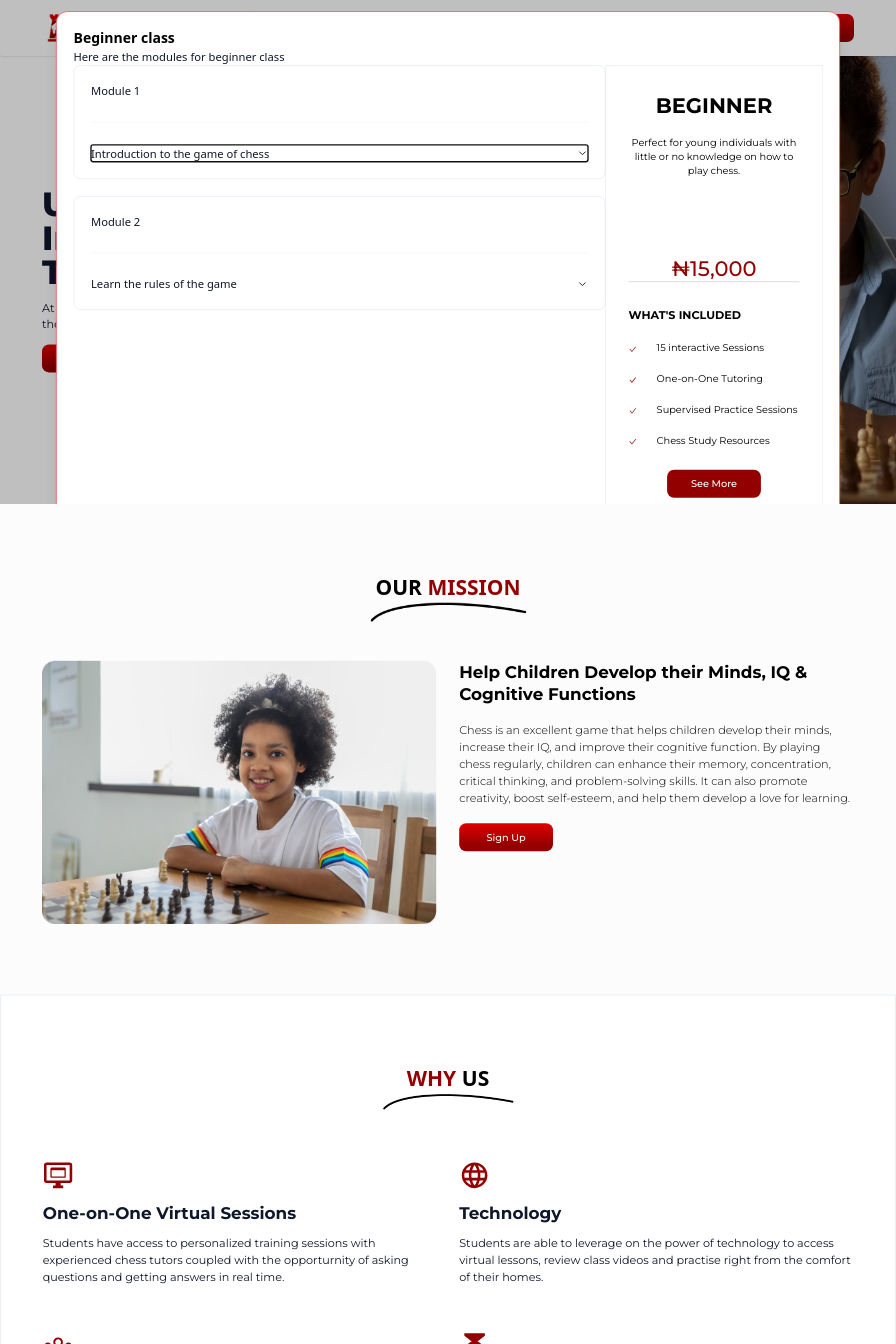
Repository: CelestinaUwajeh/chess-champ-fe
Page: /, after clicking the first element matching `button.w-\[134px\]`
An editor plug-in stored every save of this project. The page is shown before and after the next save, followed by the edit.
The browser window is 1280 px wide. The pictures show the part of the page from y = 0 to 1920 px (the page is 4303 px tall), at 70% of full size.
An inner scrolling area shows only its first screen. The project was rebuilt for these pictures with package versions that can differ from the ones it lists, and the page was loaded fresh each time. The framework's server and built-in components were replaced by stand-ins that run in the browser. Also part of the build but not shown: next.config.js, app/(dashboard)/parent/child/[id]/progress/highlight.tsx, app/(dashboard)/parent/child/[id]/progress/attendance.tsx, components/ui/progress.tsx, app/(dashboard)/parent/child/[id]/progress/percentage.tsx, app/(dashboard)/parent/child/[id]/progress/points.tsx, app/(dashboard)/parent/child/[id]/progress/page.tsx.

Above is the page before, as saved 2023-08-09 22:22:44.

After the next save:
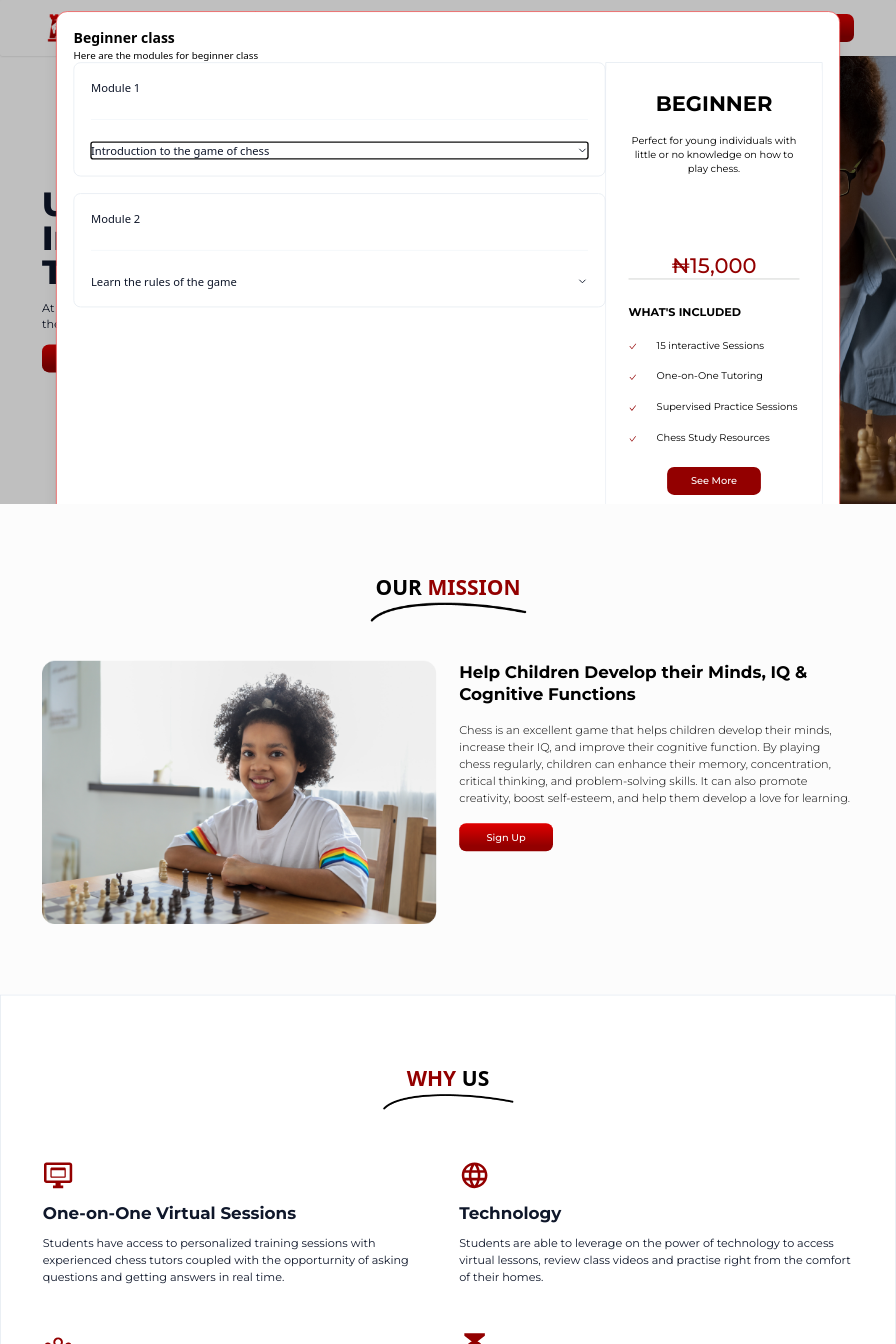
Saved 34 s later.
--- a/components/pricing-card/modal-content.tsx
+++ b/components/pricing-card/modal-content.tsx
@@ -11,7 +11,9 @@ const ModalContent = ({ data }: PropType) => {
   return (
     <div className="w-full">
       <p className="text-xl text-black font-semibold">Beginner class</p>
-      <p>Here are the modules for beginner class</p>
+      <p className="text-sm text-black">
+        Here are the modules for beginner class
+      </p>
       <div className="flex">
         <div className="flex-1">
           <Module modules={modules} isModal />
